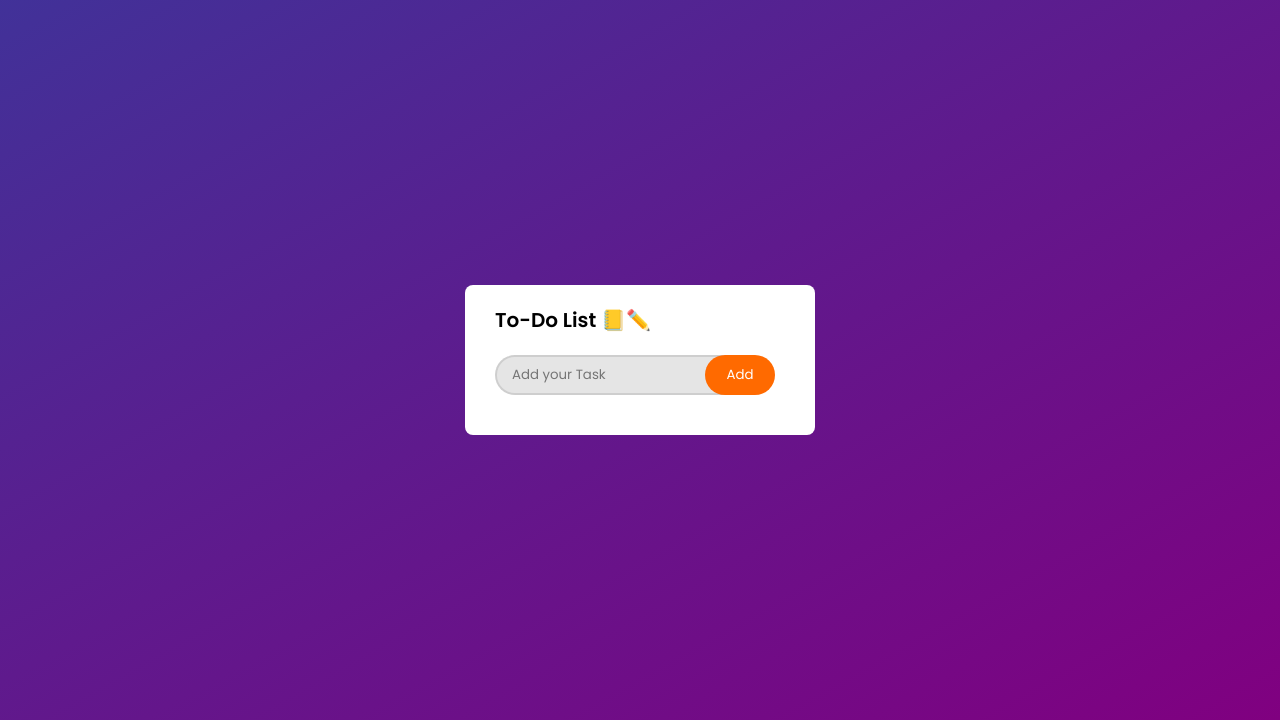
Repository: Ankitkr2021/To-Do-List
Page: index.html
An editor plug-in stored every save of this project. The page is shown before and after the next save, followed by the edit.
The browser window is 1280 px wide. The pictures show the whole page.

Above is the page before, as saved 2025-10-03 12:23:10.

After the next save:
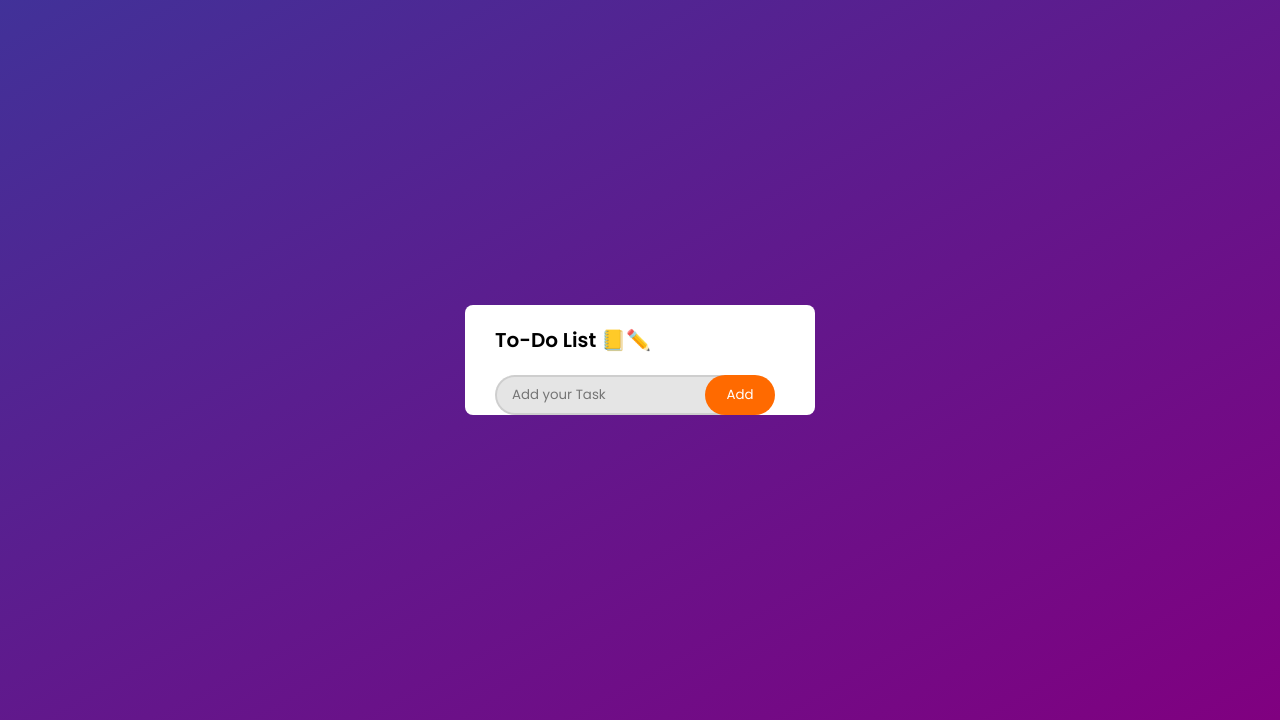
Saved 47 s later.
--- a/style.css
+++ b/style.css
@@ -17,7 +17,7 @@
 
 .box {
     background: #fff;
-    height: 150px;
+    /* height: 150px; */
     max-height: 400px;
     width: 350px;
     border-radius: 8px;

After the save that followed:
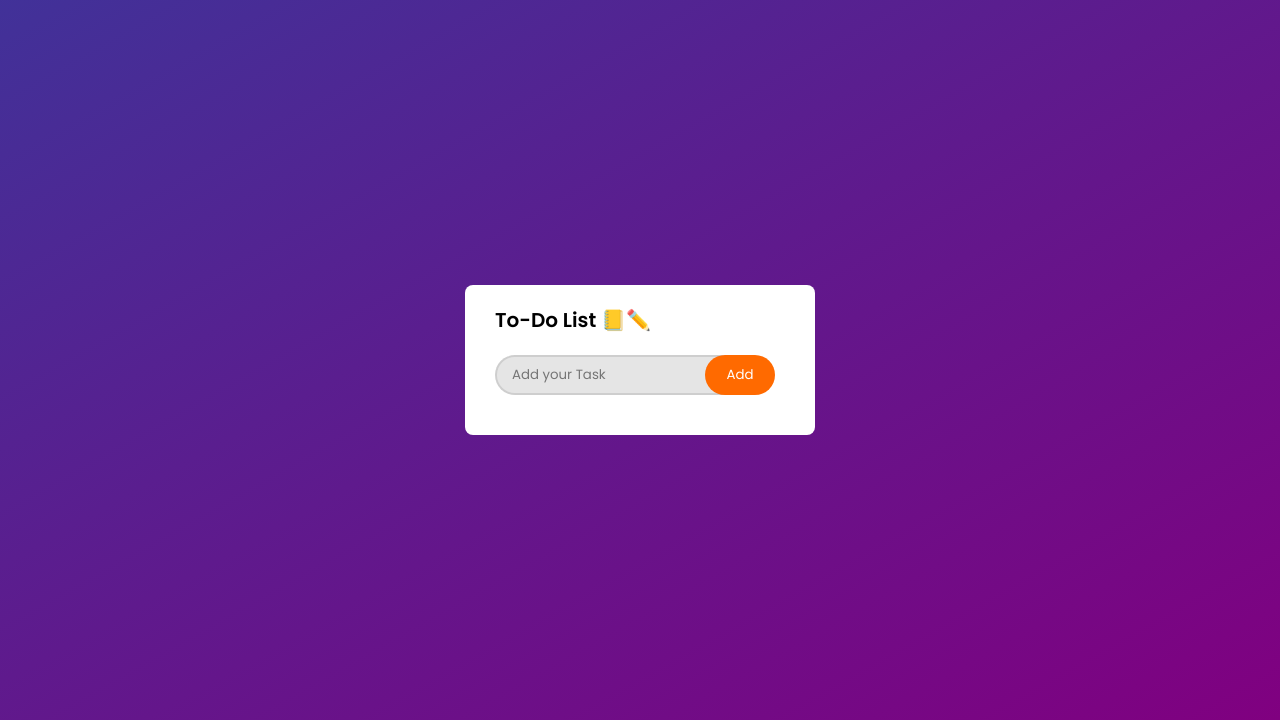
Saved 13 s later.
--- a/style.css
+++ b/style.css
@@ -17,7 +17,7 @@
 
 .box {
     background: #fff;
-    /* height: 150px; */
+    height: 150px;
     max-height: 400px;
     width: 350px;
     border-radius: 8px;
